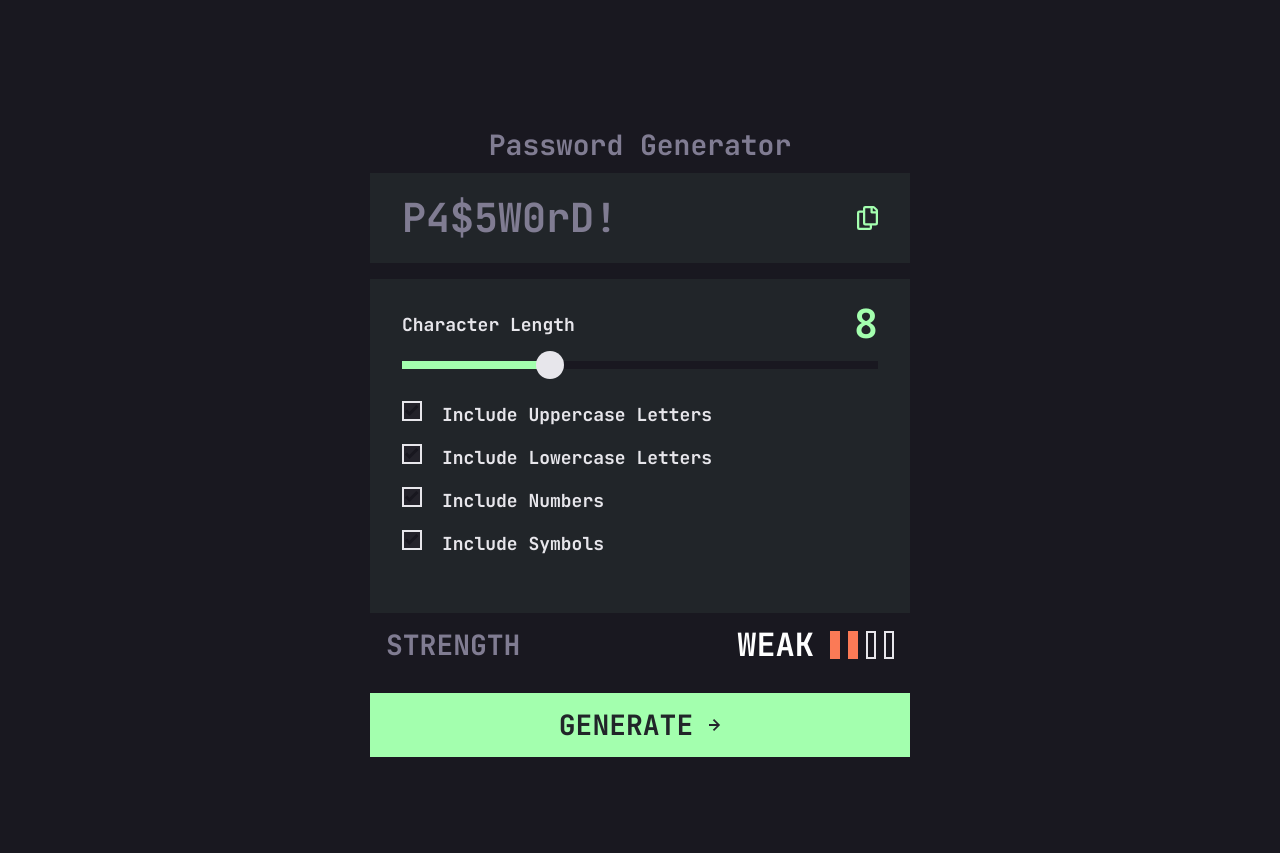
Repository: blordeus/password-generator-app
Page: starter-code/index.html
These files come from the project's save history. The page is drawn as it stood at one moment and after the next save; the edit follows.
The browser window is 1280 px wide. The pictures show the whole page.

Above is the page before, as saved 2023-10-05 21:16:04.

### starter-code/index.html
<!DOCTYPE html>
<html lang="en">
<head>
  <meta charset="UTF-8">
  <meta name="viewport" content="width=device-width, initial-scale=1.0">
  <link href="https://cdn.jsdelivr.net/npm/bootstrap@5.3.2/dist/css/bootstrap.min.css" rel="stylesheet" integrity="sha384-T3c6CoIi6uLrA9TneNEoa7RxnatzjcDSCmG1MXxSR1GAsXEV/Dwwykc2MPK8M2HN" crossorigin="anonymous">
  <script src="https://cdn.jsdelivr.net/npm/bootstrap@5.3.2/dist/js/bootstrap.bundle.min.js" integrity="sha384-C6RzsynM9kWDrMNeT87bh95OGNyZPhcTNXj1NW7RuBCsyN/o0jlpcV8Qyq46cDfL" crossorigin="anonymous" defer></script>
  <script src="index.js" defer></script>
  <link rel="icon" type="image/png" sizes="32x32" href="./assets/images/favicon-32x32.png">
  <link rel="stylesheet" href="./assets/style.css">
  <link href="https://fonts.googleapis.com/css2?family=JetBrains+Mono:wght@700&display=swap" rel="stylesheet">
  <title>Frontend Mentor | Password generator app</title>
</head>
<body class="bg-dar">
<main class="main">

    <h1 class="fs-3 title text-grey">Password Generator</h1>

    <div class="field bg-dark fs-1 flex">
      <p id="fieldText" class="fieldText text-grey">P4$5W0rD!</p>
      <div class="copy flex">
        <p id="copyMsg" class="fs-3 uppercase text-green">copied</p>
        <img id="copyIcon" class="copyIcon" src="./assets/images/icon-copy.svg" alt="">
      </div>
    </div>

    <div class="options bg-dark">
      <label for="slider" class="sliderLabel flex">Character Length <span class="sliderValue fs-1 text-green" id="sliderValue"></span></label>
      <input type="range" class="slider" name="slider" id="slider" min="5" max="15" value="8">
      <div class="checkboxes flex">
        <label for="inclUppercase" class="checkboxLabel">
          <input type="checkbox" name="inclUppercase" id="inclUppercase">
          Include Uppercase Letters
          <span class="checkmark"><img src="./assets/images/icon-check.svg" alt="checked-icon"></span>
        </label>
        <label for="inclLowercase" class="checkboxLabel">
          <input type="checkbox" name="inclLowercase" id="inclLowercase">
          Include Lowercase Letters
          <span class="checkmark"><img src="./assets/images/icon-check.svg" alt="checked-icon"></span>
        </label>
        <label for="inclNumbers" class="checkboxLabel">
          <input type="checkbox" name="inclNumbers" id="inclNumbers">
          Include Numbers
          <span class="checkmark"><img src="./assets/images/icon-check.svg" alt="checked-icon"></span>
        </label>
        <label for="inclSymbols" class="checkboxLabel">
          <input type="checkbox" name="inclSymbols" id="inclSymbols">
          Include Symbols
          <span class="checkmark"><img src="./assets/images/icon-check.svg" alt="checked-icon"></span>
        </label>

      </div>

    </div>
    <div class="strength flex">
      <h2 class="fs-3 text-grey uppercase">Strength</h2>
      <div class="strengthLvl flex">
        <p class="fs-2 text-white uppercase" id="levelTxt">weak</p>
        <div id="bar1" class="bars bar1"></div>
        <div id="bar2" class="bars bar2"></div>
        <div id="bar3" class="bars bar3"></div>
        <div id="bar4" class="bars bar4"></div>
      </div>
    </div>


      <button id="generateBtn" class="uppercase fs-3 bg-green text-dark button d-flex justify-content-center align-items-center">
        <p>Generate</p>
        <svg width="12" height="12" xmlns="http://www.w3.org/2000/svg"><path fill="#24232C" d="m5.106 12 6-6-6-6-1.265 1.265 3.841 3.84H.001v1.79h7.681l-3.841 3.84z"/></svg>
      </button>


    <p id="alert" class="fs-3 alert">Please select one or more options</p>
</main>

</body>
</html>

### starter-code/assets/style.css
/* ------------------- */
/* Custom properties   */
/* ------------------- */

:root {
    /* colors */
    --clr-darkGrey: 248 10% 15%;
    --clr-grey: 251 9% 53%;
    --clr-almostWhite: 252 11% 91%;
    --clr-veryDarkGrey: 248 15% 11%;
    --clr-neonGreen: 127 100% 82%;
    --clr-red: 0 91% 63%;
    --clr-orange: 13 95% 66%;
    --clr-yellow: 42 91% 68%;

    /* font-sizes */
    --fs-1: 1.5rem;
    --fs-2: 1.125rem;
    --fs-3: 1rem;
  }

  @media (min-width: 35em) {
    :root {
      --fs-1: 2rem;
      --fs-2: 1.5rem;
      --fs-3: 1.125rem;
    }
  }

  /* ------------------- */
  /* Reset               */
  /* ------------------- */

  /* https://piccalil.li/blog/a-modern-css-reset/ */

  /* Box sizing */
  *,
  *::before,
  *::after {
    box-sizing: border-box;
  }

  /* Reset margins */
  body,
  h1,
  h2,
  h3,
  h4,
  h5,
  p,
  figure,
  picture {
    margin: 0;
  }

  h1,
  h2,
  h3,
  h4,
  h5,
  h6,
  p {
    font-weight: 400;
  }

  /* set up the body */
  body {
    font-family: "JetBrains Mono", monospace;
    font-size: var(--fs-3);
    font-weight: 700;
    color: hsl(var(--clr-almostWhite));
    background-color: hsl(var(--clr-veryDarkGrey));
    min-height: 100vh;

    overflow-x: hidden;
  }

  /* make images easier to work with */
img,
picture {
  max-width: 100%;
  display: block;
}

/* make form elements easier to work with */
input,
button,
textarea,
select {
  font: inherit;
}

/* Utility classes     */
/* ------------------- */

/* general */

.flex {
    display: flex;
  }

  .grid {
    display: grid;
  }

  .d-block {
    display: block;
  }

  .flow > *:where(:not(:first-child)) {
    margin-top: var(--flow-space, 1rem);
  }

  .sr-only {
    position: absolute;
    width: 1px;
    height: 1px;
    padding: 0;
    margin: -1px;
    overflow: hidden;
    clip: rect(0, 0, 0, 0);
    white-space: nowrap; /* added line */
    border: 0;
  }


/* colors */

.bg-veryDark {
    background-color: hsl(var(--clr-veryDarkGrey));
  }
  .bg-dark {
    background-color: hsl(var(--clr-darkGrey));
  }
  .bg-white {
    background-color: hsl(var(--clr-almostWhite));
  }
  .bg-green {
    background-color: hsl(var(--clr-neonGreen));
  }
  .bg-yellow {
    background-color: hsl(var(--clr-yellow));
  }
  .bg-orange {
    background-color: hsl(var(--clr-orange));
  }
  .bg-red {
    background-color: hsl(var(--clr-red));
  }

  .text-grey {
    color: hsl(var(--clr-grey));
  }
  .text-white {
    color: hsl(var(--clr-almostWhite));
  }
  .text-dark {
    color: hsl(var(--clr-darkGrey));
  }
  .text-green {
    color: hsl(var(--clr-neonGreen));
  }
  .text-red {
    color: hsl(var(--clr-red));
  }

/* typography */

.uppercase {
    text-transform: uppercase;
  }

  .fs-1 {
    font-size: var(--fs-1);
    line-height: 2rem;
  }

  .fs-2 {
    font-size: var(--fs-2);
    line-height: 1.485rem;
  }

  .fs-3 {
    font-size: var(--fs-3);
    line-height: 1.32rem;
  }

  @media (min-width: 35em) {
    .fs-1 {
      line-height: 2.64rem;
    }

    .fs-2 {
      line-height: 1.98rem;
    }

    .fs-3 {
      line-height: 1.485rem;
    }
  }

  /*     Layout     */
/* -------------- */

.main {
    margin-top: 4rem;
    margin-inline: 1rem;
  }

  @media (min-width: 35em) {
    .main {
      max-width: 33.75rem;
      margin-top: 8.3125rem;
      margin-inline: auto;
    }
  }

  .title {
    text-align: center;
    margin-block: 0;
    margin-bottom: 1rem;
  }

  .field {
    padding: 1rem;
    justify-content: space-between;
    align-items: center;
    margin-bottom: 1rem;
  }

  @media (min-width: 35em) {
    .field {
      padding: 1.5rem 2rem;
    }
  }

  .copy {
    gap: 1rem;
    align-items: center;
  }

  #copyMsg {
    display: none;
  }

  .copyIcon:hover {
    cursor: pointer;
  }

  .copyIcon:hover .copyIconPath {
    fill: white;
  }

  .options {
    padding: 1rem;
  }

  @media (min-width: 35em) {
    .options {
      padding: 1.5rem 2rem;
    }
  }

  .sliderLabel {
    justify-content: space-between;
    align-items: center;
  }

  .slider {
    width: 100%;
    margin-top: 1rem;
    margin-bottom: 2rem;
  }

  input[type="range"] {
    -webkit-appearance: none;
    background: hsl(var(--clr-veryDarkGrey));
    accent-color: white;
    cursor: pointer;
    height: 8px;
    background-image: linear-gradient(
      hsl(var(--clr-neonGreen)),
      hsl(var(--clr-neonGreen))
    );
    background-size: 30% 100%;
    background-repeat: no-repeat;
  }

  input[type="range"]::-webkit-slider-thumb {
    height: 28px;
    width: 28px;
    background: hsl(var(--clr-almostWhite));
    -webkit-appearance: none;
    border-radius: 14px;
  }

  input[type="range"]:hover::-webkit-slider-thumb {
    background: hsl(var(--clr-veryDarkGrey));
    border: 2px solid hsl(var(--clr-neonGreen));
    -webkit-appearance: none;
  }

  .checkboxes {
    flex-direction: column;
    gap: 1rem;
    margin-bottom: 2rem;
  }

  /* Customize the label (the container) */
  .checkboxLabel {
    display: block;
    position: relative;
    padding-left: 2.5rem;
    cursor: pointer;
    -webkit-user-select: none;
    -moz-user-select: none;
    -ms-user-select: none;
    user-select: none;
  }

  /* Hide the browser's default checkbox */
  .checkboxLabel input {
    position: absolute;
    opacity: 0;
    cursor: pointer;
    height: 0;
    width: 0;
  }

  /* Create a custom checkbox */
  .checkmark {
    position: absolute;
    top: 0;
    left: 0;
    height: 20px;
    width: 20px;
    background-color: hsl(var(--clr-darkGrey));
    border: 2px solid hsl(var(--clr-almostWhite));
    display: flex;
    justify-content: center;
    align-items: center;
  }

  /* On mouse-over, add a background color */
  .checkboxLabel:hover input ~ .checkmark {
    border-color: hsl(var(--clr-neonGreen));
  }

  /* When the checkbox is checked, add a background */
  .checkboxLabel input:checked ~ .checkmark {
    background-color: hsl(var(--clr-neonGreen));
    border-color: hsl(var(--clr-neonGreen));
  }

  /* Create the checkmark/indicator (hidden when not checked) */
  .checkmark:after {
    content: "";
    position: absolute;
    display: none;
  }

  /* Show the checkmark when checked */
  .checkboxLabel input:checked ~ .checkmark:after {
    display: block;
  }

  .strength {
    background-color: hsl(var(--clr-veryDarkGrey));
    padding: 1rem;
    justify-content: space-between;
    align-items: center;
    margin-bottom: 1rem;
  }

  .strengthLvl {
    align-items: center;
  }

  .strengthLvl p {
    margin-right: 0.5rem;
  }

  .bars {
    width: 10px;
    height: 28px;
    border: 2px solid hsl(var(--clr-almostWhite));
    margin-left: 0.5rem;
  }

  .button {
    width: 100%;
    padding-top: 1.125rem;
    padding-bottom: 1.125rem;
    border: 2px solid hsl(var(--clr-neonGreen));
  }

  .button:hover {
    background-color: hsl(var(--clr-darkGrey));
    color: hsl(var(--clr-neonGreen));
    cursor: pointer;
  }

  .button:hover p {
    color: hsl(var(--clr-neonGreen));
  }

  .button svg {
    margin-left: 1rem;
  }

  .button:hover path {
    fill: hsl(var(--clr-neonGreen));
  }

  .alert {
    display: none;
    text-align: center;
    color: hsl(var(--clr-red));
  }

  /*  Level Classes */

  .tooWeak {
    background-color: hsl(var(--clr-red));
    border: 2px solid hsl(var(--clr-red));
  }

  .weak {
    background-color: hsl(var(--clr-orange));
    border: 2px solid hsl(var(--clr-orange));
  }

  .medium {
    background-color: hsl(var(--clr-yellow));
    border: 2px solid hsl(var(--clr-yellow));
  }

  .strong {
    background-color: hsl(var(--clr-neonGreen));
    border: 2px solid hsl(var(--clr-neonGreen));
  }

### starter-code/index.js
const sliderValue = document.getElementById("sliderValue");
const slider = document.getElementById("slider");
const rangeInputs = document.querySelectorAll('input[type="range"]');
const bar1 = document.getElementById("bar1");
const bar2 = document.getElementById("bar2");
const bar3 = document.getElementById("bar3");
const bar4 = document.getElementById("bar4");

/* slider */
sliderValue.innerHTML = slider.value;
bar1.classList.add("weak");
bar2.classList.add("weak");

slider.oninput = function () {
  sliderValue.innerHTML = this.value;

  /* Strength */

  const levelTxt = document.getElementById("levelTxt");

  if (slider.value < 7) {
    levelTxt.innerHTML = "too weak!";
    bar1.classList.remove("tooWeak", "weak", "medium", "strong");
    bar2.classList.remove("tooWeak", "weak", "medium", "strong");
    bar3.classList.remove("tooWeak", "weak", "medium", "strong");
    bar4.classList.remove("tooWeak", "weak", "medium", "strong");
    bar1.classList.remove("weak");
    bar1.classList.add("tooWeak");
  }

  if (slider.value < 9 && slider.value >= 7) {
    levelTxt.innerHTML = "weak";
    bar1.classList.remove("tooWeak", "weak", "medium", "strong");
    bar2.classList.remove("tooWeak", "weak", "medium", "strong");
    bar3.classList.remove("tooWeak", "weak", "medium", "strong");
    bar4.classList.remove("tooWeak", "weak", "medium", "strong");
    bar1.classList.add("weak");
    bar2.classList.add("weak");
  }

  if (slider.value < 11 && slider.value >= 9) {
    levelTxt.innerHTML = "medium";
    bar1.classList.remove("tooWeak", "weak", "medium", "strong");
    bar2.classList.remove("tooWeak", "weak", "medium", "strong");
    bar3.classList.remove("tooWeak", "weak", "medium", "strong");
    bar4.classList.remove("tooWeak", "weak", "medium", "strong");
    bar1.classList.add("medium");
    bar2.classList.add("medium");
    bar3.classList.add("medium");
  }

  if (slider.value >= 11) {
    levelTxt.innerHTML = "strong";
    bar1.classList.remove("tooWeak", "weak", "medium", "strong");
    bar2.classList.remove("tooWeak", "weak", "medium", "strong");
    bar3.classList.remove("tooWeak", "weak", "medium", "strong");
    bar4.classList.remove("tooWeak", "weak", "medium", "strong");
    bar1.classList.add("strong");
    bar2.classList.add("strong");
    bar3.classList.add("strong");
    bar4.classList.add("strong");
  }
};

function handleInputChange(e) {
  let target = e.target;

  const min = target.min;
  const max = target.max;
  const val = target.value;

  target.style.backgroundSize = ((val - min) * 100) / (max - min) + "% 100%";
}

rangeInputs.forEach((input) => {
  input.addEventListener("input", handleInputChange);
});

/*    Copy to clipboard */
const copyIcon = document.getElementById("copyIcon");
const copyMsg = document.getElementById("copyMsg");

copyIcon.addEventListener("click", copyField);

function copyField() {
  /* Get the text field */
  var copyText = document.getElementById("fieldText").innerHTML;

  /* Copy the text inside the text field */
  navigator.clipboard.writeText(copyText);

  copyMsg.style.display = "initial";
}

/* Generate Password */

const generateBtn = document.getElementById("generateBtn");
generateBtn.addEventListener("click", generate);
const fieldText = document.getElementById("fieldText");

function generate(length) {
  const uppercase = document.getElementById("inclUppercase");
  const lowercase = document.getElementById("inclLowercase");
  const numbers = document.getElementById("inclNumber");
  const symbols = document.getElementById("inclSymbol");
  const alert = document.getElementById("alert");

  if (
    uppercase.checked === false &&
    lowercase.checked === false &&
    numbers.checked === false &&
    symbols.checked === false
  ) {
    alert.style.display = "block";
  } else {
    const uppercaseChars = "ABCDEFGHIJKLMNOPQRSTUVWXYZ";
    const lowercaseChars = "abcdefghijklmnopqrstuvwxyz";
    const numbersChars = "0123456789";
    const symbolsChars = "@#&(§!-)^$*%+=/?";

    let chars = "";
    var length = slider.value;

    if (uppercase.checked === true) {
      chars += uppercaseChars;
    }
    if (lowercase.checked === true) {
      chars += lowercaseChars;
    }
    if (numbers.checked === true) {
      chars += numbersChars;
    }
    if (symbols.checked === true) {
      chars += symbolsChars;
    }

    let password = "";
    let passwordLength = length;
    const array = new Uint32Array(length); // Create 'unsigned' array
    window.crypto.getRandomValues(array);
    for (let i = 0; i < passwordLength; i++) {
      password += chars[array[i] % chars.length]; // % operator returns remainder of division
    }

    fieldText.innerHTML = password;
    fieldText.style.color = "hsl( var(--clr-almostWhite) )";
    copyMsg.style.display = "none";
    alert.style.display = "none";

    return password;
  }
}

After the next save:
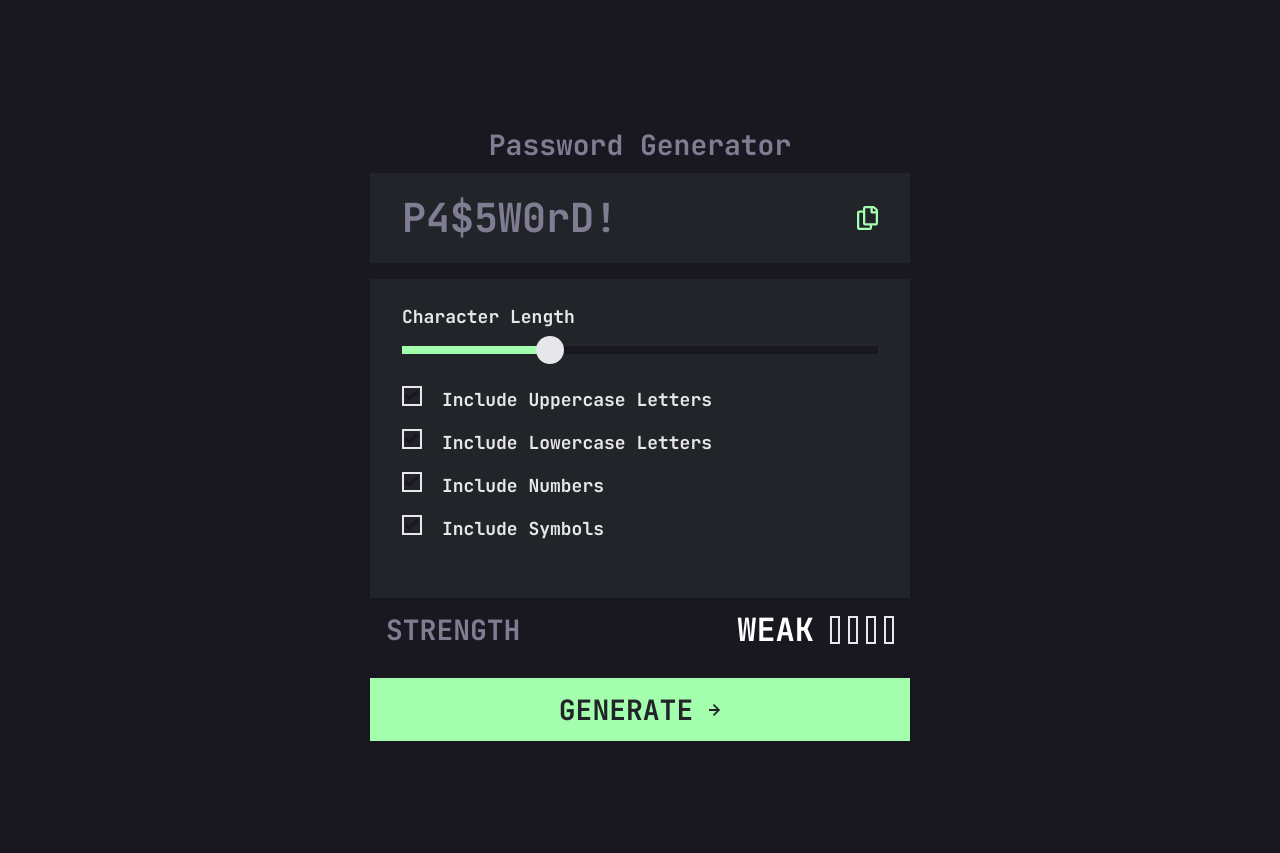
Console error: SyntaxError: Unexpected token 'function'
Saved 2 min 38 s later.
--- a/starter-code/index.js
+++ b/starter-code/index.js
@@ -102,7 +102,58 @@
   const uppercase = document.getElementById("inclUppercase");
   const lowercase = document.getElementById("inclLowercase");
   const numbers = document.getElementById("inclNumber");
-  const symbols = document.getElementById("inclSymbol");
+  const function generatePassword(length) {
+    const uppercaseCheckbox = document.getElementById("inclUppercase");
+    const lowercaseCheckbox = document.getElementById("inclLowercase");
+    const numbersCheckbox = document.getElementById("inclNumber");
+    const symbolsCheckbox = document.getElementById("inclSymbol");
+    const alertMessage = document.getElementById("alert");
+
+    if (
+      !uppercaseCheckbox.checked &&
+      !lowercaseCheckbox.checked &&
+      !numbersCheckbox.checked &&
+      !symbolsCheckbox.checked
+    ) {
+      alertMessage.style.display = "block";
+    } else {
+      const uppercaseChars = "ABCDEFGHIJKLMNOPQRSTUVWXYZ";
+      const lowercaseChars = "abcdefghijklmnopqrstuvwxyz";
+      const numbersChars = "0123456789";
+      const symbolsChars = "@#&(§!-)^$*%+=/?";
+
+      let chars = "";
+      let passwordLength = length;
+
+      if (uppercaseCheckbox.checked) {
+        chars += uppercaseChars;
+      }
+      if (lowercaseCheckbox.checked) {
+        chars += lowercaseChars;
+      }
+      if (numbersCheckbox.checked) {
+        chars += numbersChars;
+      }
+      if (symbolsCheckbox.checked) {
+        chars += symbolsChars;
+      }
+
+      let password = "";
+      const randomValuesArray = new Uint32Array(length);
+      window.crypto.getRandomValues(randomValuesArray);
+
+      for (let i = 0; i < passwordLength; i++) {
+        password += chars[randomValuesArray[i] % chars.length];
+      }
+
+      fieldText.innerHTML = password;
+      fieldText.style.color = "hsl(var(--clr-almostWhite))";
+      copyMsg.style.display = "none";
+      alertMessage.style.display = "none";
+
+      return password;
+    }
+  }symbols = document.getElementById("inclSymbol");
   const alert = document.getElementById("alert");
 
   if (

After the save that followed:
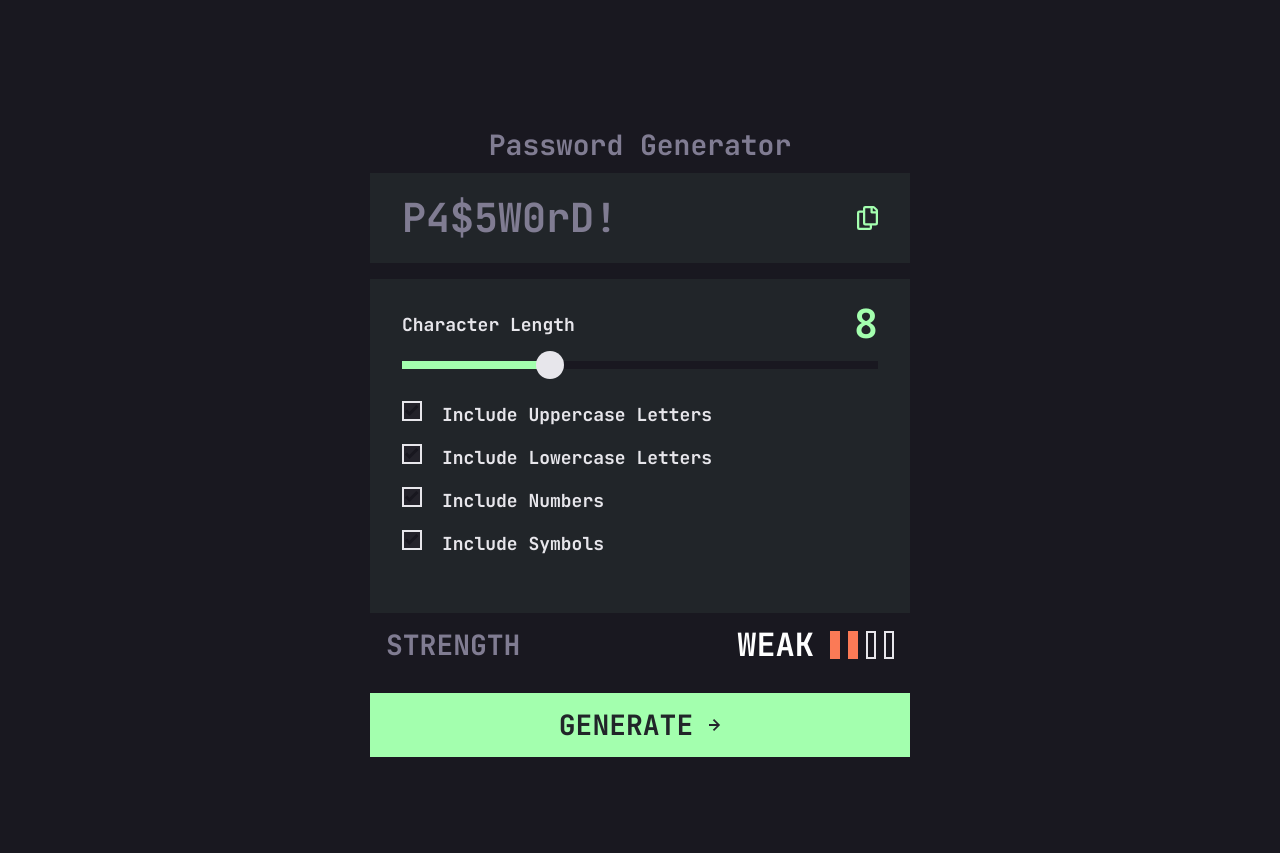
The error is gone.
Saved 9 s later.
--- a/starter-code/index.js
+++ b/starter-code/index.js
@@ -102,58 +102,7 @@
   const uppercase = document.getElementById("inclUppercase");
   const lowercase = document.getElementById("inclLowercase");
   const numbers = document.getElementById("inclNumber");
-  const function generatePassword(length) {
-    const uppercaseCheckbox = document.getElementById("inclUppercase");
-    const lowercaseCheckbox = document.getElementById("inclLowercase");
-    const numbersCheckbox = document.getElementById("inclNumber");
-    const symbolsCheckbox = document.getElementById("inclSymbol");
-    const alertMessage = document.getElementById("alert");
-
-    if (
-      !uppercaseCheckbox.checked &&
-      !lowercaseCheckbox.checked &&
-      !numbersCheckbox.checked &&
-      !symbolsCheckbox.checked
-    ) {
-      alertMessage.style.display = "block";
-    } else {
-      const uppercaseChars = "ABCDEFGHIJKLMNOPQRSTUVWXYZ";
-      const lowercaseChars = "abcdefghijklmnopqrstuvwxyz";
-      const numbersChars = "0123456789";
-      const symbolsChars = "@#&(§!-)^$*%+=/?";
-
-      let chars = "";
-      let passwordLength = length;
-
-      if (uppercaseCheckbox.checked) {
-        chars += uppercaseChars;
-      }
-      if (lowercaseCheckbox.checked) {
-        chars += lowercaseChars;
-      }
-      if (numbersCheckbox.checked) {
-        chars += numbersChars;
-      }
-      if (symbolsCheckbox.checked) {
-        chars += symbolsChars;
-      }
-
-      let password = "";
-      const randomValuesArray = new Uint32Array(length);
-      window.crypto.getRandomValues(randomValuesArray);
-
-      for (let i = 0; i < passwordLength; i++) {
-        password += chars[randomValuesArray[i] % chars.length];
-      }
-
-      fieldText.innerHTML = password;
-      fieldText.style.color = "hsl(var(--clr-almostWhite))";
-      copyMsg.style.display = "none";
-      alertMessage.style.display = "none";
-
-      return password;
-    }
-  }symbols = document.getElementById("inclSymbol");
+  const symbols = document.getElementById("inclSymbol");
   const alert = document.getElementById("alert");
 
   if (
